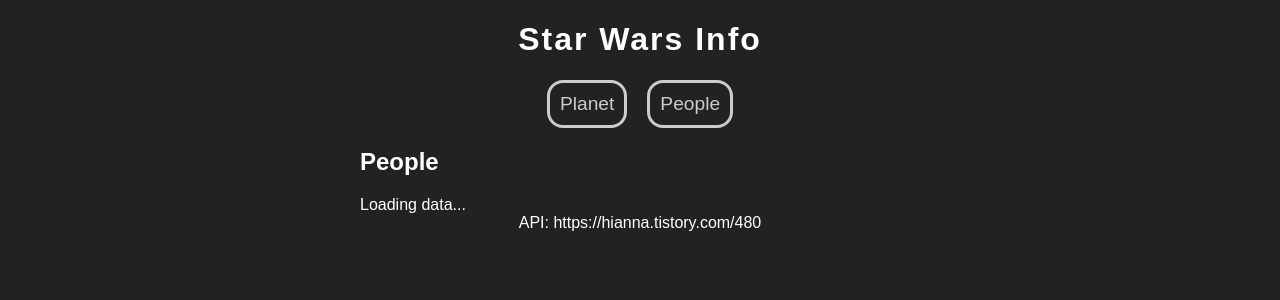
Repository: mireu-san/jikan-react-query
Page: /
An editor plug-in stored every save of this project. The page is shown before and after the next save, followed by the edit.
The browser window is 1280 px wide. The pictures show the whole page.
The page's requests for data from a server got no answer. The project was rebuilt for these pictures with package versions that can differ from the ones it lists, and the page was loaded fresh each time. No one was signed in, and anything a server would have sent is missing. Also part of the build but not shown: src/components/Planet.js, src/components/Planets.js, src/components/Person.js.

Above is the page before, as saved 2022-11-29 21:07:36.

After the next save:
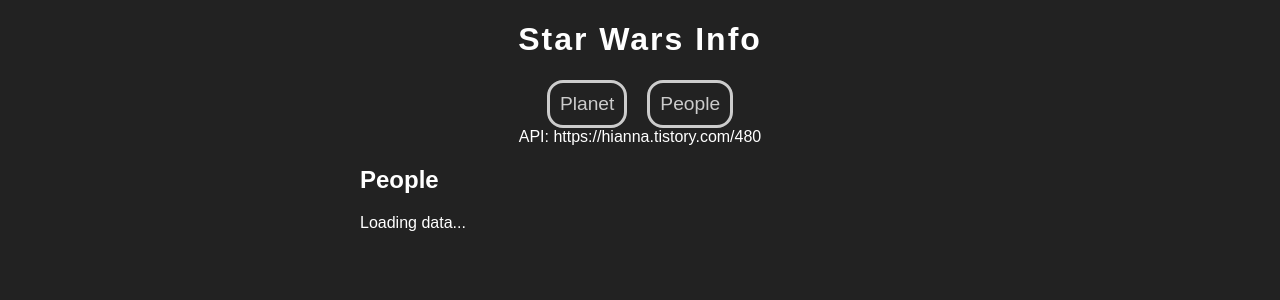
Saved 11 s later.
--- a/src/App.js
+++ b/src/App.js
@@ -11,10 +11,10 @@
     <div className="App">
       <h1>Star Wars Info</h1>
       <Navbar setPage={setPage} />
+      <span>API: https://hianna.tistory.com/480</span>
       <div className="content">
         {page === "planets" ? <Planets /> : <People />}
       </div>
-      <span>API: https://hianna.tistory.com/480</span>
     </div>
   );
 }
